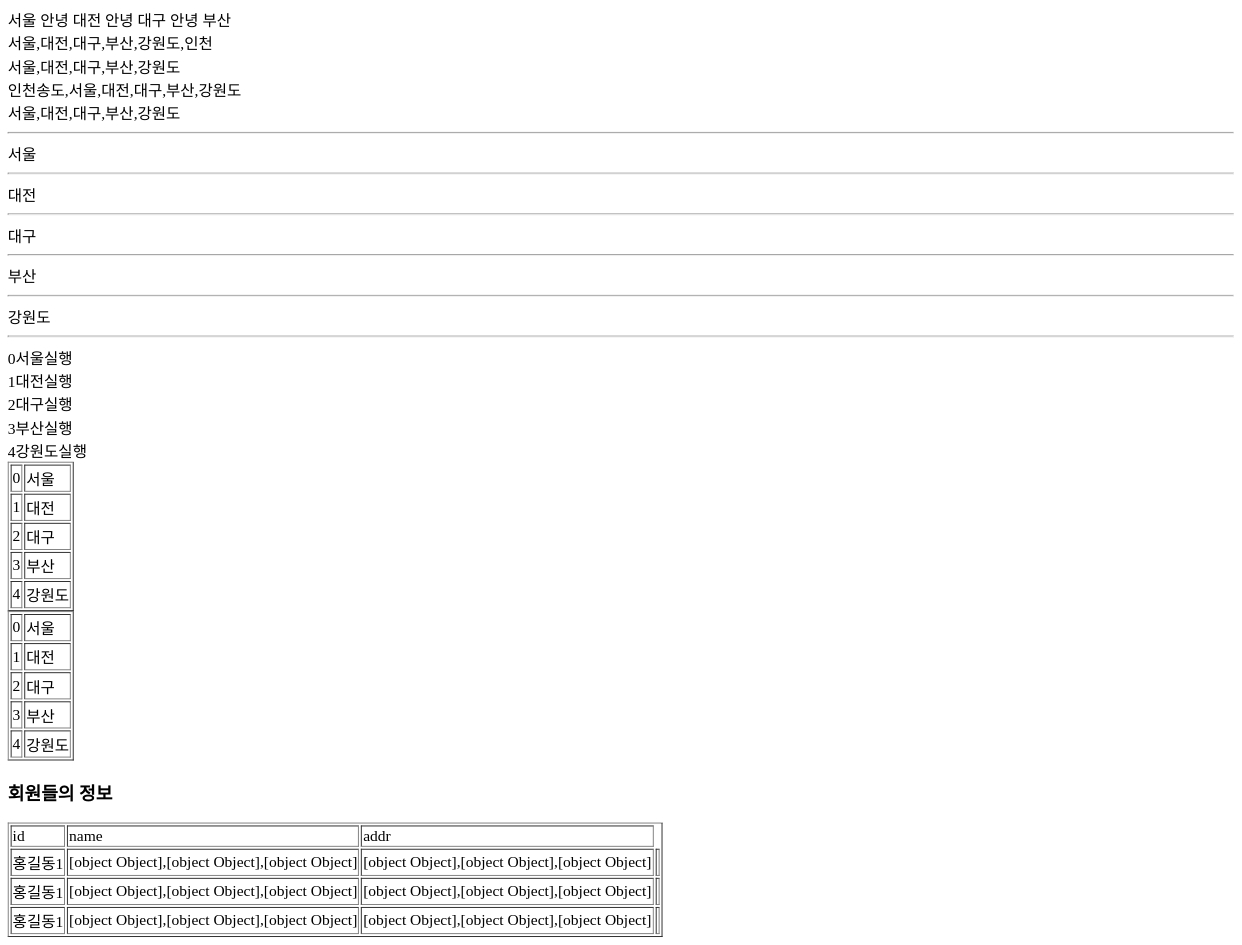
Repository: hangilyon/allJSPStudy
Page: javascript/ex05.html
The author's editor kept a copy of each file at every save. The page is drawn from the files as they stood at one save, then again after the next save.
The browser window is 1280 px wide. The pictures show the whole page, at 97% of full size.

Above is the page before, as saved 2021-10-14 07:48:15.

After the next save:
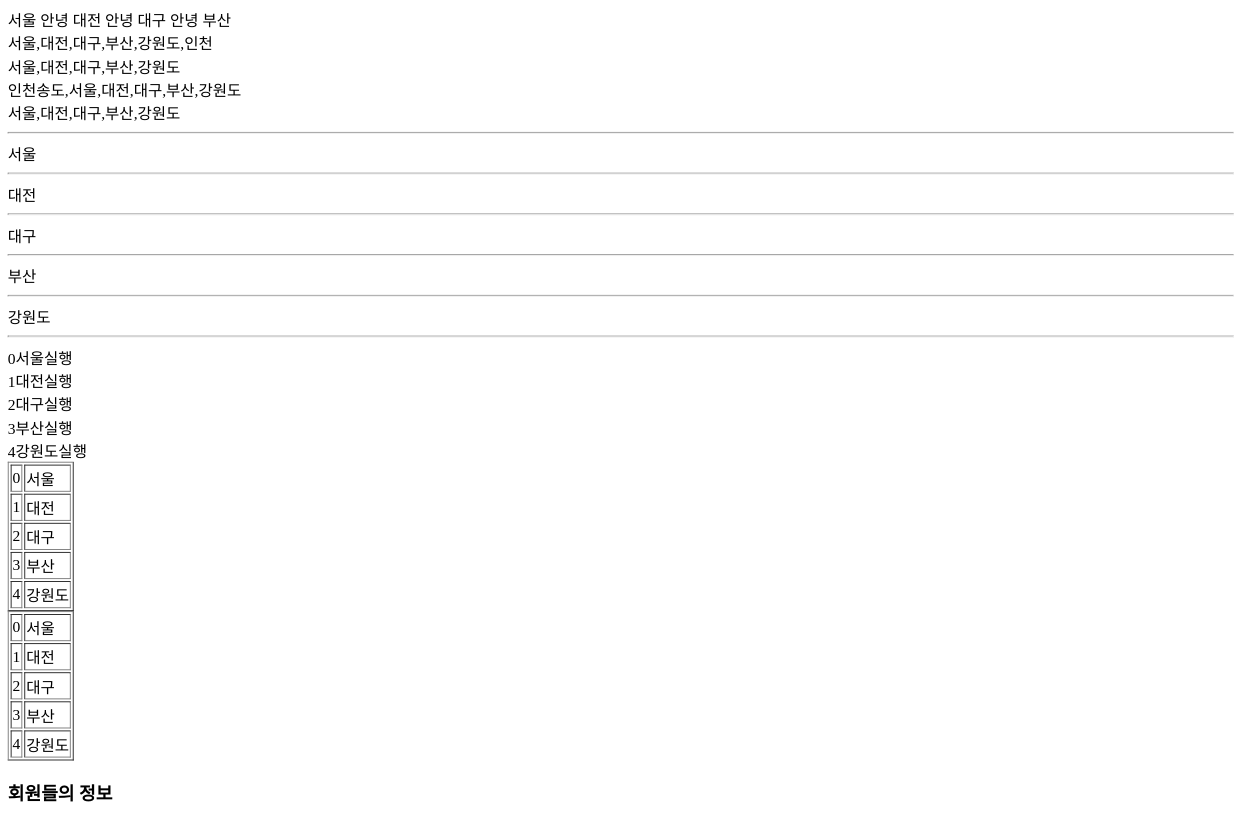
Console error: TypeError: DBdata[i].addr is not a function
Saved 60 s later.
--- a/javascript/ex05.html
+++ b/javascript/ex05.html
@@ -69,9 +69,12 @@
 
 		html = "<table border=1><tr><td>id</td><td>name</td><td>addr</td></tr>"
 		function tableMem(){
-			html += "<tr>"
-			html += "<td>"+DBdata[0].name+"</td><td>"+DBdata.valueOf('name')+"</td><td>"+DBdata.valueOf('addr')+"</td><td>"
-			html += "</tr>"
+			for(i=0;i<DBdata.length;i++){
+				html += "<tr>"
+				html += "<td>"+DBdata[i].id+"</td><td>"+DBdata[i].name+"</td><td>"+DBdata[i].addr('addr')+"</td><td>"
+				html += "</tr>"
+			}
+
 		}
 
 		DBdata.forEach(tableMem)

After the save that followed:
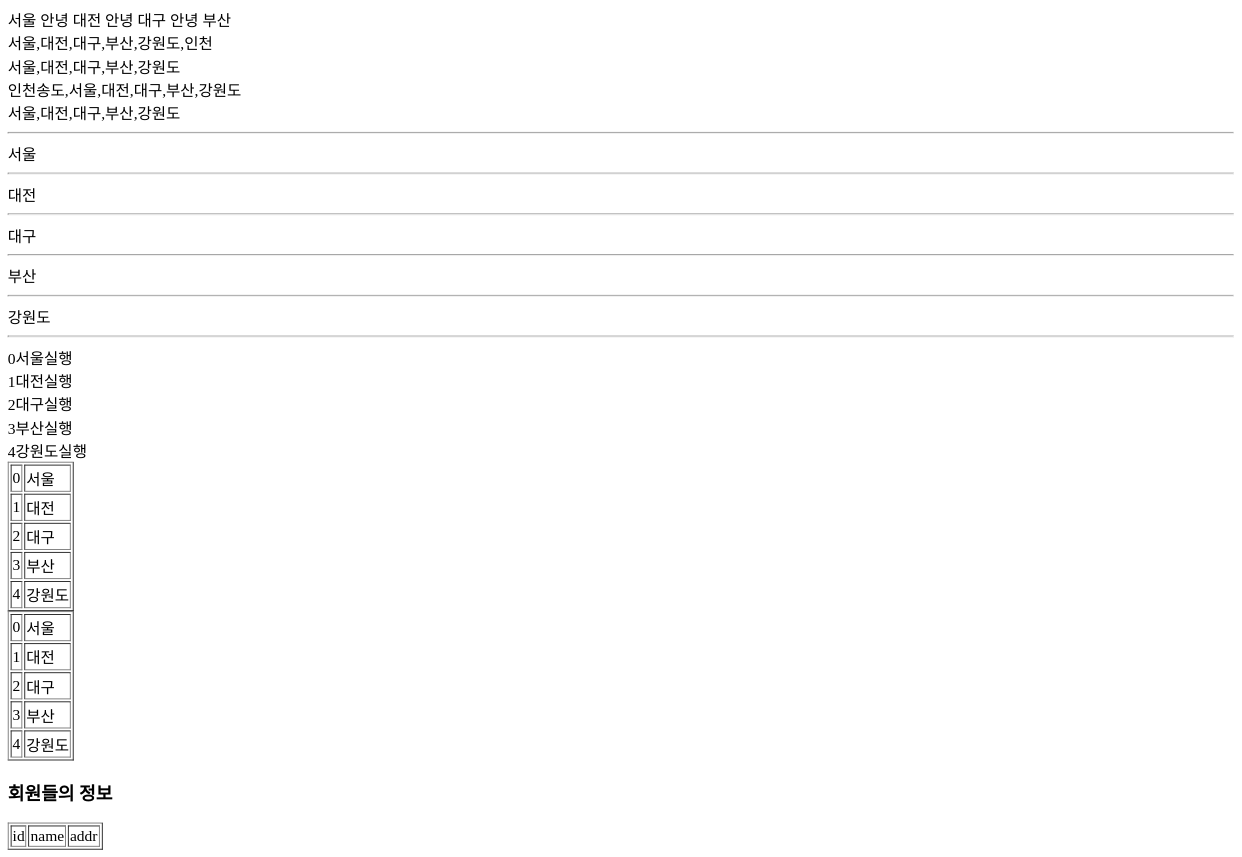
The error is gone.
Saved 5 s later.
--- a/javascript/ex05.html
+++ b/javascript/ex05.html
@@ -76,8 +76,6 @@
 			}
 
 		}
-
-		DBdata.forEach(tableMem)
 		html += "</table>"
 		document.write(html)
 		</script>
